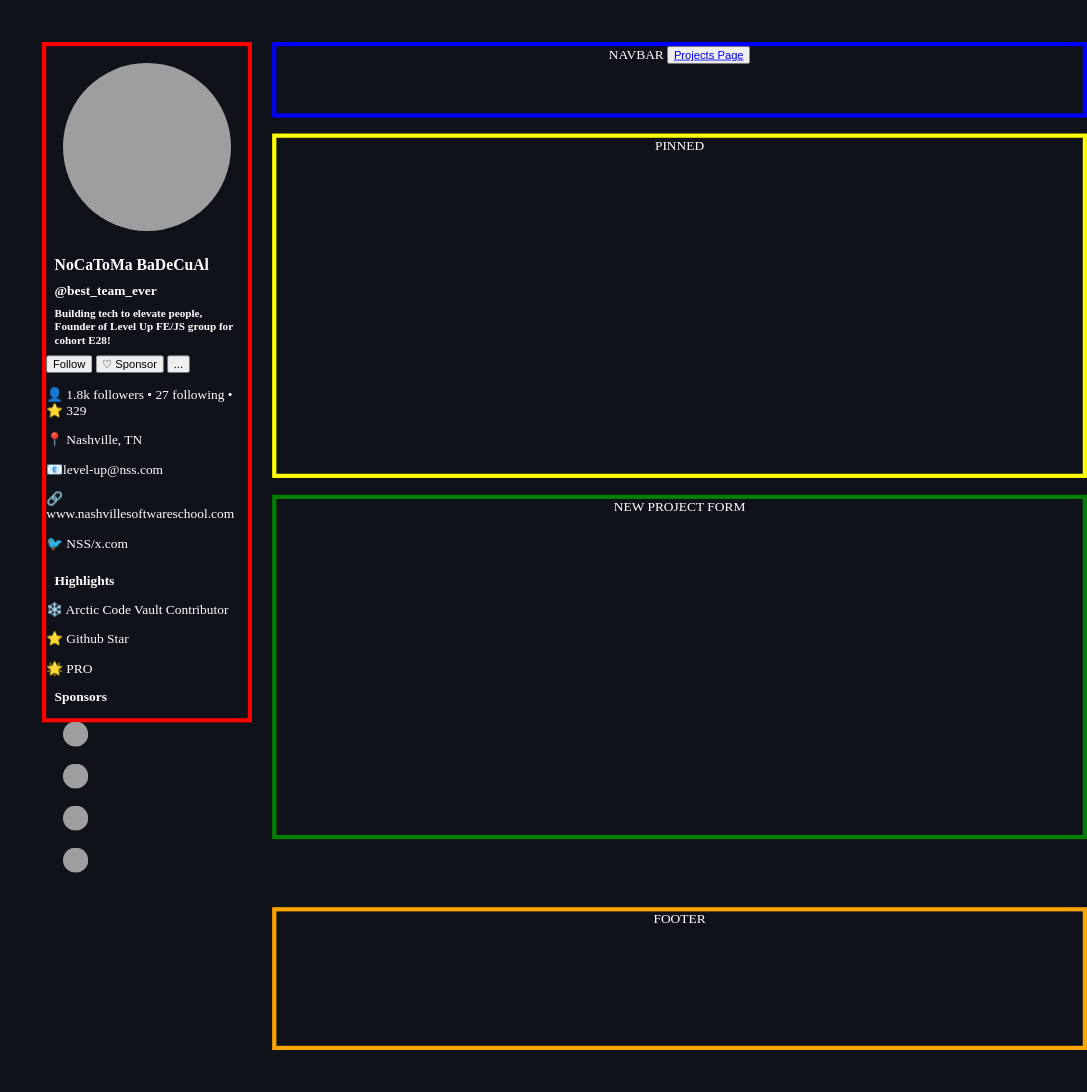
Repository: nss-evening-cohort-28/nss-evening-cohort-28-classroom-gitsub-Q1-project-gitsub
Page: index.html
These files come from the project's save history. The page is drawn as it stood at one moment and after the next save; the edit follows.
The browser window is 1280 px wide. The page is 1294 px wide, so the pictures cover 1294 px, including what lies to the right of the window. The pictures show the whole page, at 84% of full size.
Pictures or frames that could not be fetched are drawn as grey boxes.

Above is the page before, as saved 2024-08-07 20:53:47.

### index.html
<!DOCTYPE html>
<html lang="en">
<head>
    <meta charset="UTF-8">
    <meta name="viewport" content="width=device-width, initial-scale=1.0">
    <link rel="stylesheet" href="main.css">
    <title>Document</title>
</head>
<body>
    <div class="flexContainer">
        <div class="profile">
          <div class="top-section">
            <img src="https://media.tenor.com/GliBTZeL1kQAAAAM/%D0%BC%D0%BE%D0%B9-%D0%B4%D0%B5%D0%B4.gif" class="card-img-top" >
            <div class="profile-info">
            <h3>NoCaToMa BaDeCuAl</h3>
            <h4>@best_team_ever</h4>
            <h5>Building tech to elevate people, Founder of Level Up FE/JS group for cohort E28!</h5>
            </div>
            <div class="profile-section-buttons">
              <div class="d-grid gap-2 d-md-block">
                <button class="btn btn-primary" type="button">Follow</button>
                <button class="btn btn-primary" type="button">♡ Sponsor</button>
                <button class="btn btn-primary" type="button">...</button>
              </div>
            </div>
            <div class="profile-section-body">
              <p>👤 1.8k followers • 27 following • ⭐️ 329</p>
              <p>📍 Nashville, TN</p>
              <p>📧level-up@nss.com</p>
              <p>🔗 www.nashvillesoftwareschool.com</p>
              <p>🐦 NSS/x.com</p>
            </div>
          </div>
          <div class="middle-section">
            <h4>Highlights</h4>
            <p>❄️ Arctic Code Vault Contributor</p>
            <p>⭐️ Github Star</p>
            <p>🌟 PRO</p>
          </div>
          <div class="bottom-section">
            <h4>Sponsors</h4>
            <img src="https://avatars.githubusercontent.com/u/31261276?s=100&v=4" class="sponsor-pic">
            <img src="https://avatars.githubusercontent.com/u/137121714?s=100&v=4" class="sponsor-pic">
            <img src="https://avatars.githubusercontent.com/u/173638175?s=100&v=4" class="sponsor-pic">
            <img src="https://avatars.githubusercontent.com/u/107224963?s=100&v=4" class="sponsor-pic">
          </div>
        </div>
        <div class="flexContainer">
            <div class="navBar">NAVBAR
              <button><a href="projects.html">
                Projects Page
              </a></button>
            </div>
            <div class="pinned">PINNED</div>
            <div class="newProject">NEW PROJECT FORM</div>
            <div class="footer">FOOTER</div>
        </div>
    </div>
    <script src="main.js"></script>
</body>
</html>

### main.css
body {
    background-color: #0F1218;
    text-align: center;
    margin: 50px;
    width: 1200px;
    color: white;
}

.flexContainer {
    display: flex;
    flex-wrap: wrap;
    flex-direction: column;
    max-width: 75rem;
    height: 75rem;
    gap: 2%;
}

.profile {
    border: 5px solid red;
    width: 15rem;
    height: 50rem;
    text-align: left;

}

.navBar {
    border: 5px solid blue;
    width: 60rem;
    height: 5rem;
}

.pinned {
    border: 5px solid yellow;
    width: 60rem;
    height: 25rem;
    margin-top: 2%;
}

.newProject {
    border: 5px solid green;
    width: 60rem;
    height: 25rem;
    margin-top: 2%;
}

.footer {
    border: 5px solid orange;
    width: 60rem;
    height: 10rem;
    margin-top: auto;
    align-self: flex-end;
}

#footerContainer {
    display: flex;
    align-self: flex-end;

}

/* Noah Styling: Profile Section Start*/
h3, h4, h5 {
    margin: 10px;
}

.top-section {
    display: flex;
    flex-wrap: wrap;
    justify-content: flex-start;
    margin: 0px;
}

.card-img-top {
    display: flex;
    flex-wrap: wrap;
    justify-content: space-around;
    border-radius: 50%;
    height: 200px;
    width: 200px;
    margin: 20px;
  }

  .sponsor-pic {
    display: flex;
    flex-wrap: wrap;
    justify-content: space-around;
    border-radius: 50%;
    height: 30px;
    width: 30px;
    margin: 20px;
  }

  .profile-body {
    font-size: 5px;
  }
/* Noah Styling: Profile Section End */

Loaded but not shown: main.js (no copy from this time; the picture is the same without it)

After the next save:
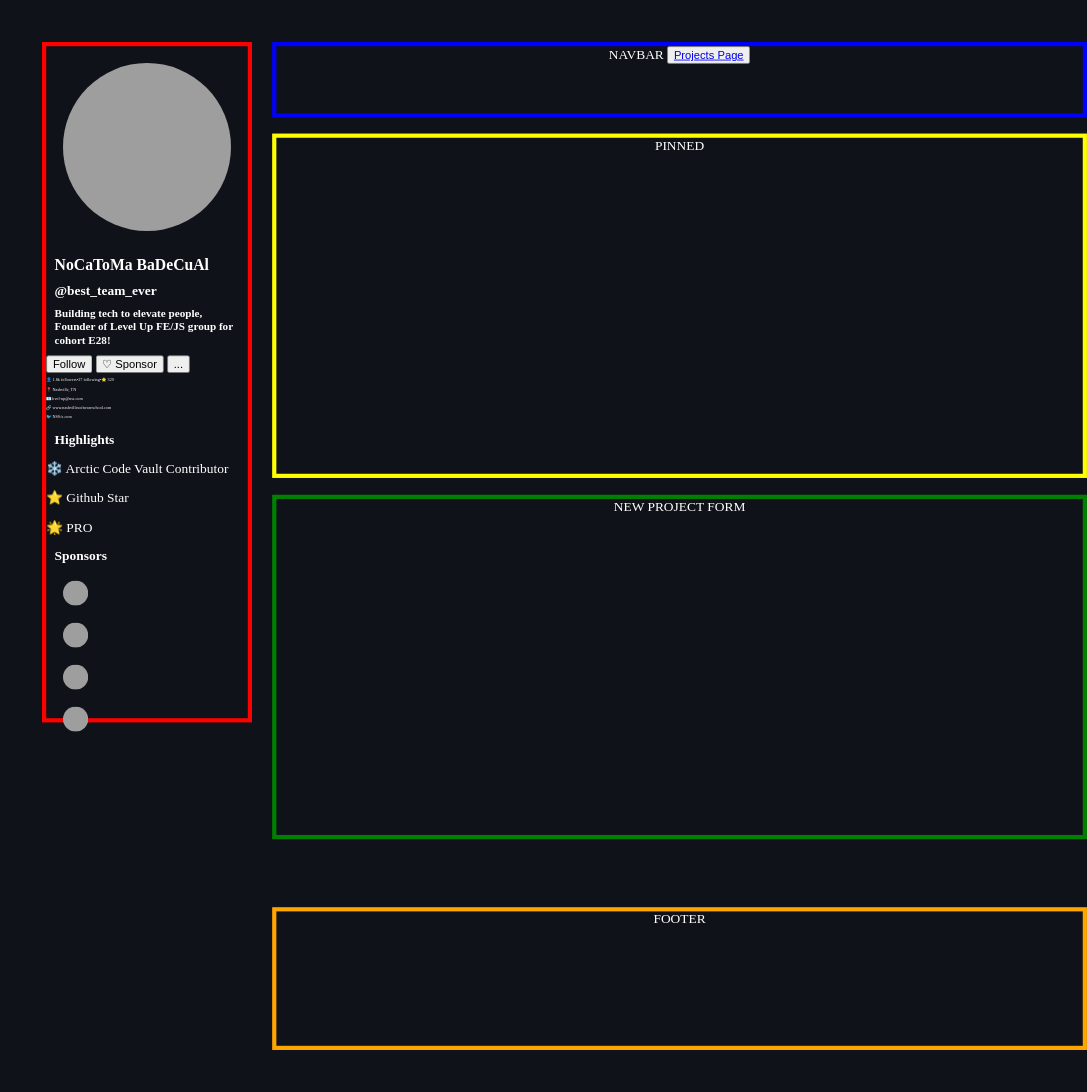
Saved 30 s later.
--- a/index.html
+++ b/index.html
@@ -23,8 +23,8 @@
                 <button class="btn btn-primary" type="button">...</button>
               </div>
             </div>
-            <div class="profile-section-body">
-              <p>👤 1.8k followers • 27 following • ⭐️ 329</p>
+            <div class="profile-body">
+              <p>👤 1.8k followers•27 following•⭐️ 329</p>
               <p>📍 Nashville, TN</p>
               <p>📧level-up@nss.com</p>
               <p>🔗 www.nashvillesoftwareschool.com</p>
